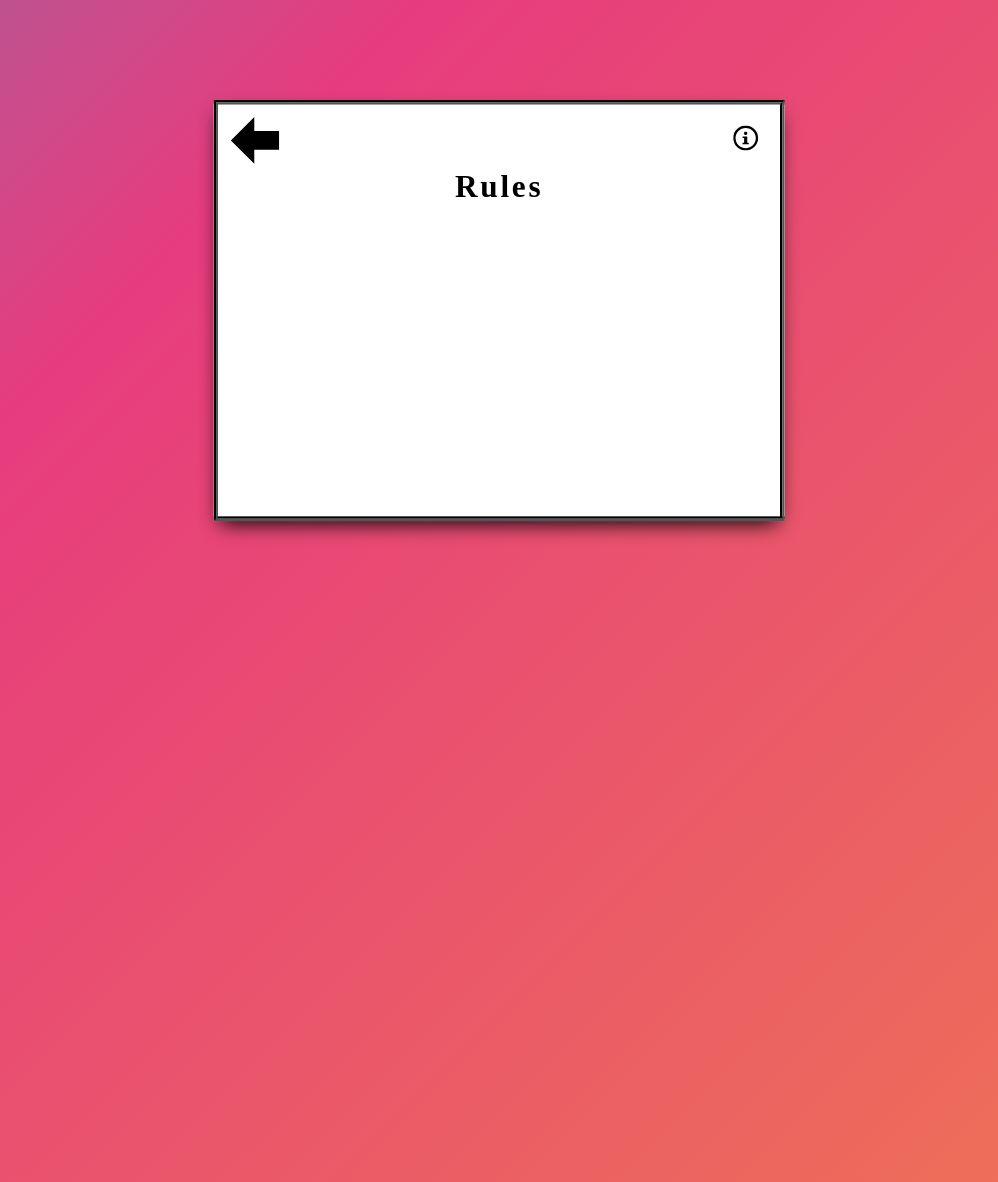
Repository: PatrickTheCodeGuy/QuizApp
Page: /newGame (app in quizapp/)
These files come from the project's save history. The page is drawn as it stood at one moment and after the next save; the edit follows.
The browser window is 1280 px wide. The pictures show the whole page, at 78% of full size.
The project was rebuilt for these pictures with package versions that can differ from the ones it lists, and the page was loaded fresh each time. A package was used in the major version that the imports need, not the one package.json lists. Also part of the build but not shown: quizapp/src/App.css, quizapp/src/components/Leaderboard/Leaderboard.css, quizapp/src/components/Leaderboard/Leaderboard.js, quizapp/src/components/StartMenu/StartMenu.css, quizapp/src/components/StartMenu/StartMenu.js, quizapp/src/App.js.

Above is the page before, as saved 2021-07-08 20:24:57.

### quizapp/src/index.js
import React from 'react';
import ReactDOM from 'react-dom';
import './index.css';
import App from './App';
import GameInfo from './components/GameInfo/GameInfo';
import reportWebVitals from './reportWebVitals';
import {
  BrowserRouter as Router,
  Switch,
  Route,
  Link
} from "react-router-dom";

ReactDOM.render(
  <React.StrictMode>
    <Router>
          <Switch>
              <Route exact path="/" component={App}/>
              <Route path="/newGame" component={GameInfo}/>
          </Switch>
      </Router>
  </React.StrictMode>,
  document.getElementById('root')
);

// If you want to start measuring performance in your app, pass a function
// to log results (for example: reportWebVitals(console.log))
// or send to an analytics endpoint. Learn more: https://bit.ly/CRA-vitals
reportWebVitals();

### quizapp/src/index.css
body {
  margin: 0;
  font-family: -apple-system, BlinkMacSystemFont, 'Segoe UI', 'Roboto', 'Oxygen',
    'Ubuntu', 'Cantarell', 'Fira Sans', 'Droid Sans', 'Helvetica Neue',
    sans-serif;
  -webkit-font-smoothing: antialiased;
  -moz-osx-font-smoothing: grayscale;
  background: linear-gradient(-45deg, #ee7752, #e73c7e, #23a6d5, #23d5ab);
    background-size: 400% 400%;
    animation: gradient 15s ease infinite;
}

code {
  font-family: source-code-pro, Menlo, Monaco, Consolas, 'Courier New',
    monospace;
}
html, body, #app, #app>div {
  width: 100%;
  height:100%;
}

hr.rounded {
  border-top: 5px solid black;
    border-radius: 1px;
    width: 55%;
}

#root{
  display:flex;
}


@keyframes gradient {
    0% {
        background-position: 0% 50%;
    }
    50% {
        background-position: 100% 50%;
    }
    100% {
        background-position: 0% 50%;
    }
}

### quizapp/src/components/GameInfo/GameInfo.js
import React, { useState } from 'react';
import './GameInfo.css';
import {
	Link
} from 'react-router-dom';
import{ ImArrowLeft, ImInfo }from 'react-icons/im';
import Modal from 'react-modal';


function GameInfo() {
	// Fix for screen readers getting an error on modal mount
	Modal.setAppElement('#root');

	// Modal hook
	const [modalIsOpen, setModalIsOpen] = useState(false);
    return(
        <div className="gameInfo-container">
            <div className="gameInfo-header">
                <Link className="back-button" to="/">
																		<ImArrowLeft size={64} className="back-arrow"/>
																</Link>
																<button class="modal-button"onClick={() => setModalIsOpen(true)}>
																	<ImInfo size={32} className="info-icon"/>
																</button>
																<Modal onRequestClose={() => setModalIsOpen(false)} isOpen={modalIsOpen}>
																		<h1>Modal is Open</h1>
																</Modal>
            </div>
            <div className="gameInfo-body">
																<h5 class="rules-text">Rules</h5>
            </div>

												</div>
    )
}

export default GameInfo;

### quizapp/src/components/GameInfo/GameInfo.css
.gameInfo-container{
    border: 6px groove black;
    text-align: center;
    background-color: white;
    box-shadow: 0px 12px 25px -8px #000000;
    width: 45em;
    height: 33em;
    margin: 10% auto;
}

.back-button {
    margin-left: 2%;
    margin-top: 2%;
    color: rgb(0, 0, 0);
}

.back-button:hover {
    color: rgba(26, 26, 26, 0.749);
    transform: translateY(2px);
}

.modal-button{
    border: none;
    width: 45px;
    height: 45px;
    margin-right: 3%;
    margin-top: 3%;
    background:white;
    color: black;
}

.rules-text{
    font-family: 'Pacifico', cursive;
    font-size: 2.5em;
    letter-spacing: 0.09em;
    margin-top: 0%;
}



.modal-button:hover {
    color: rgba(40, 40, 40, 0.811);
    transform: translateY(2px);
}

.gameInfo-header{
    display: flex;
    justify-content: space-between;
}

Loaded but not shown: quizapp/src/reportWebVitals.js (common file)

After the next save:
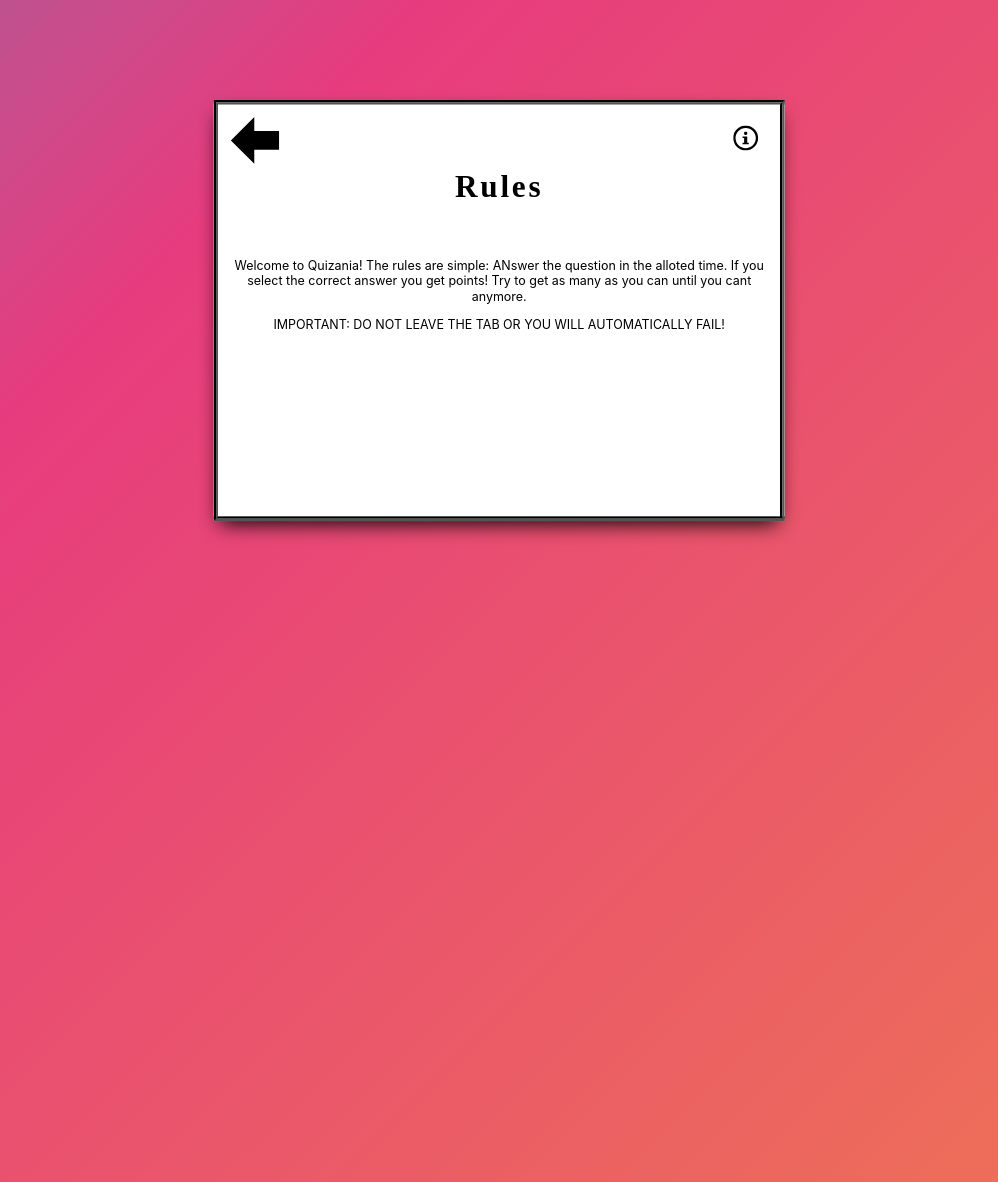
Saved 108 s later.
--- a/quizapp/src/components/GameInfo/GameInfo.js
+++ b/quizapp/src/components/GameInfo/GameInfo.js
@@ -29,6 +29,10 @@
             <div className="gameInfo-body">
 																<h5 class="rules-text">Rules</h5>
             </div>
+												<div>
+													<p>Welcome to Quizania! The rules are simple: ANswer the question in the alloted time. If you select the correct answer you get points! Try to get as many as you can until you cant anymore.</p>
+													<p>IMPORTANT: DO NOT LEAVE THE TAB OR YOU WILL AUTOMATICALLY FAIL!</p>
+												</div>
 
 												</div>
     )
